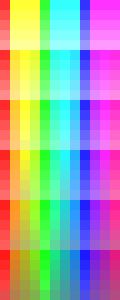
Repository: zhuqinghe/mapf_visualizer
Script's output: python color.py
An editor plug-in stored every save of this project. The script's output is shown before and after the next save, followed by the edit.
The window is shown after at most 60 frames with no key pressed. Random numbers start from a fixed seed.

Above is the script's output before, as saved 2021-07-19 14:27:49.

After the next save:
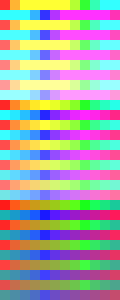
Saved 19 s later.
--- a/color.py
+++ b/color.py
@@ -8,7 +8,7 @@ def k_contrast_color(k_color, RGB_list):
   # intensive : 0.5-1.0, min_step: 0.1(6)
   # max_color = 72*6*6 = 2592
 
-  H_min_step = 30
+  H_min_step = 15
   H_max_num = 360 // H_min_step
   S_min_step = 0.1
   S_max_num = math.floor(0.4 / S_min_step) + 1
